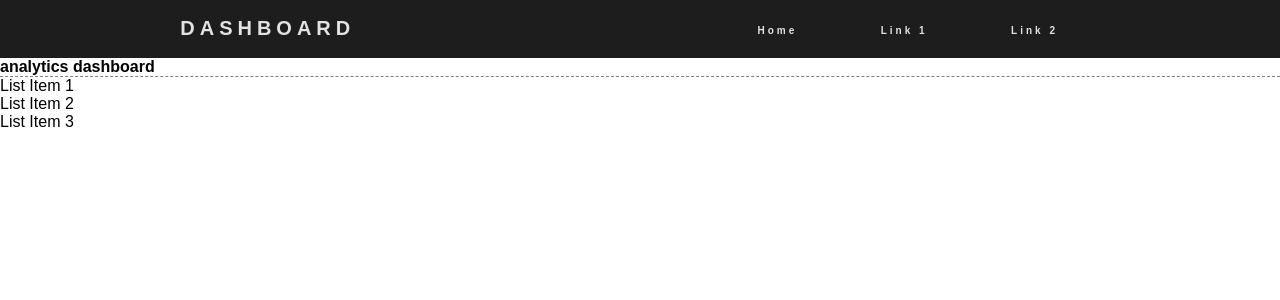
Repository: nourabdelhakam/drag-drop
Page: index.html
An editor plug-in stored every save of this project. The page is shown before and after the next save, followed by the edit.
The browser window is 1280 px wide. The pictures show the whole page.

Above is the page before, as saved 2020-07-03 09:08:13.

After the next save:
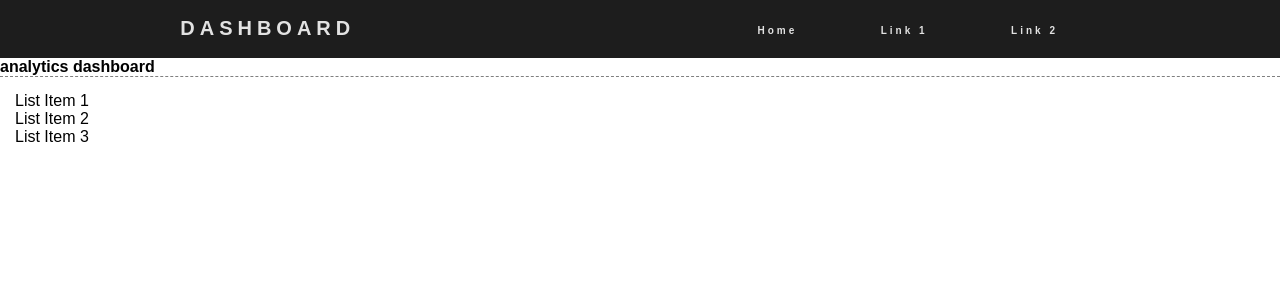
Saved 65 s later.
--- a/css/main.css
+++ b/css/main.css
@@ -8,6 +8,11 @@ body {
 }
 .container {
     border-top: 1px dashed gray;
+}
+.left {
+    width: 25%;
+    float: left;
+    padding: 15px;
 }
 /* .container {
     display: flex;
